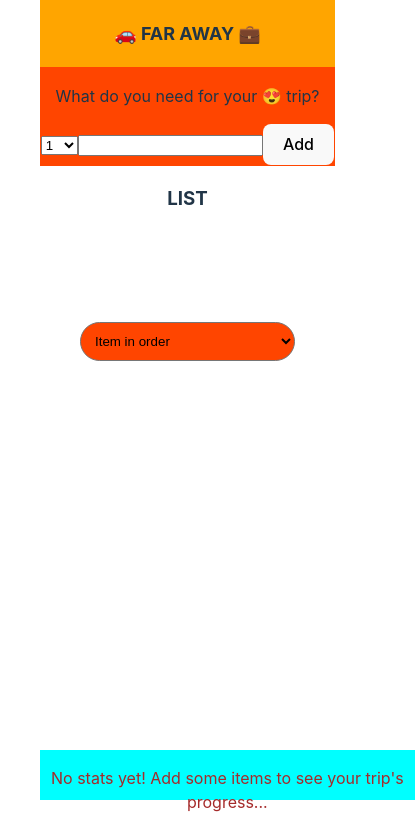
Repository: Celebration-cloud/Trip-Add-To-List
Page: /
These files come from the project's save history. The page is drawn as it stood at one moment and after the next save; the edit follows.
The browser window is 375 px wide. The page is 415 px wide, so the pictures cover 415 px, including what lies to the right of the window. The pictures show the whole page.
The project was rebuilt for these pictures with package versions that can differ from the ones it lists, and the page was loaded fresh each time. Also part of the build but not shown: vite.config.js.

Above is the page before, as saved 2023-10-29 16:29:09.

After the next save:
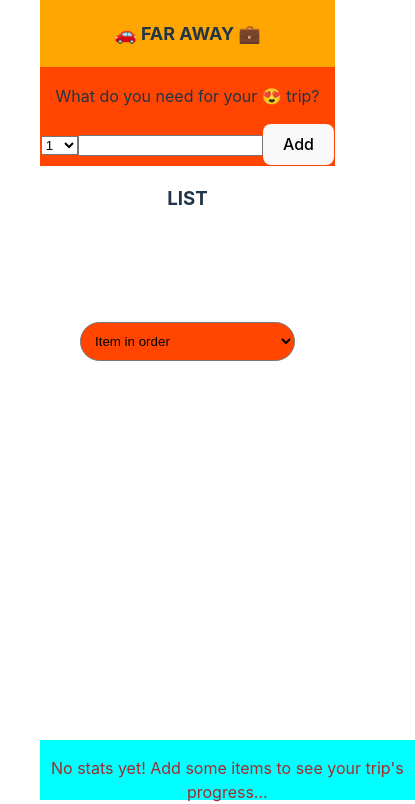
Saved 65 s later.
--- a/src/Trip-List/TripList.css
+++ b/src/Trip-List/TripList.css
@@ -20,7 +20,7 @@
     background-color: aqua;
     color: brown;
     bottom: 0%;
-    height: 50px;
+    height: 60px;
     width: 100%;
 }
 .title{
